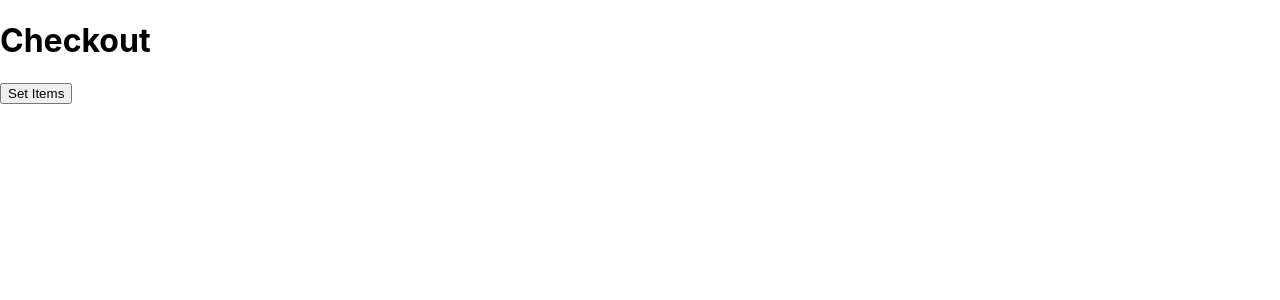
Repository: rxg8255/bazaar
Page: /
The author's editor kept a copy of each file at every save. The page is drawn from the files as they stood at one save, then again after the next save.
The browser window is 1280 px wide. The pictures show the whole page.
The project was rebuilt for these pictures with package versions that can differ from the ones it lists, and the page was loaded fresh each time. Also part of the build but not shown: src/Cart.js, src/App.css, src/Products.js, src/App.js.

Above is the page before, as saved 2024-01-28 20:31:49.

### src/index.js
import React from "react";
import ReactDOM from "react-dom/client";
import "./index.css";
import App from "./App";
import reportWebVitals from "./reportWebVitals";
import Parent from "./Parent";

const root = ReactDOM.createRoot(document.getElementById("root"));
root.render(
  <React.StrictMode>
    <Parent />
  </React.StrictMode>
);

// If you want to start measuring performance in your app, pass a function
// to log results (for example: reportWebVitals(console.log))
// or send to an analytics endpoint. Learn more: https://bit.ly/CRA-vitals
reportWebVitals();

### src/Parent.js
// Parent component
import React, { useState } from "react";
import Child from "./Child";

export default function Parent() {
  // Create a state to store the items
  const [items, setItems] = useState([]);

  // Create a function to update the items state
  const setItemsToChild = () => {
    // Assume this is the data you want to pass to the child component
    const data = [
      { id: 1, name: "Apple", price: 1.99 },
      { id: 2, name: "Banana", price: 0.99 },
      { id: 3, name: "Orange", price: 1.49 },
    ];
    // Update the items state with the data
    setItems(data);
  };

  return (
    <div>
      <Child items={items} />
      <button onClick={setItemsToChild}>Set Items</button>
    </div>
  );
}

### src/Child.js
// Child component
import React from "react";

export default function Child({ items }) {
  return (
    <div>
      <h1>Checkout</h1>
      <ul>
        {items.map((item) => (
          <li key={item.id}>
            {item.name} - ${item.price}
          </li>
        ))}
      </ul>
    </div>
  );
}

Loaded but not shown: public/index.html (common file); src/index.css (common file); src/reportWebVitals.js (common file)

After the next save:
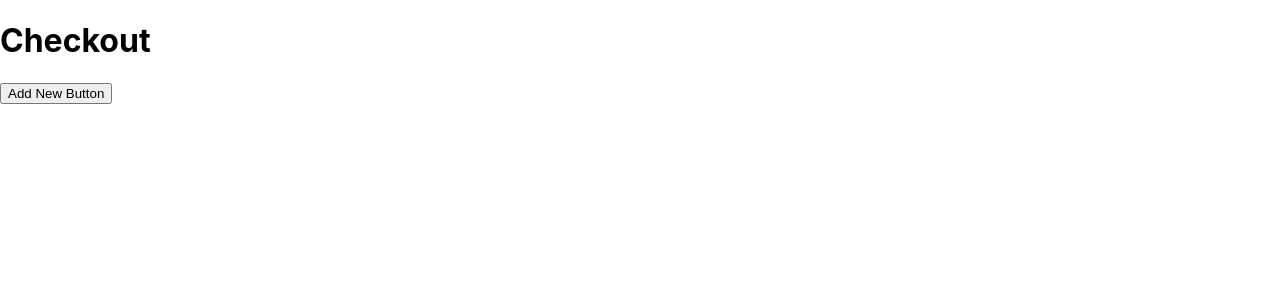
Saved 4 min 20 s later.
--- a/src/Parent.js
+++ b/src/Parent.js
@@ -6,22 +6,38 @@ export default function Parent() {
   // Create a state to store the items
   const [items, setItems] = useState([]);
 
+  // Create a state to store the buttons
+  const [buttons, setButtons] = useState([]);
+
   // Create a function to update the items state
-  const setItemsToChild = () => {
+  const setItemsToChild = (item) => {
+    setItems([...items, item]);
+  };
+
+  // Create a function to add a new button to the buttons state
+  const addNewButton = () => {
     // Assume this is the data you want to pass to the child component
-    const data = [
-      { id: 1, name: "Apple", price: 1.99 },
-      { id: 2, name: "Banana", price: 0.99 },
-      { id: 3, name: "Orange", price: 1.49 },
-    ];
-    // Update the items state with the data
-    setItems(data);
+    const data = {
+      id: Math.random(),
+      name: "Pear",
+      price: 1.29,
+    };
+    // Add the data to the buttons state
+    setButtons([...buttons, data]);
   };
 
   return (
     <div>
       <Child items={items} />
-      <button onClick={setItemsToChild}>Set Items</button>
+      <div className="buttons">
+        {buttons.map((button) => (
+          <button
+            key={button.id}
+            onClick={() => setItemsToChild(button)}
+          >{`Add ${button.name}`}</button>
+        ))}
+      </div>
+      <button onClick={addNewButton}>Add New Button</button>
     </div>
   );
 }
